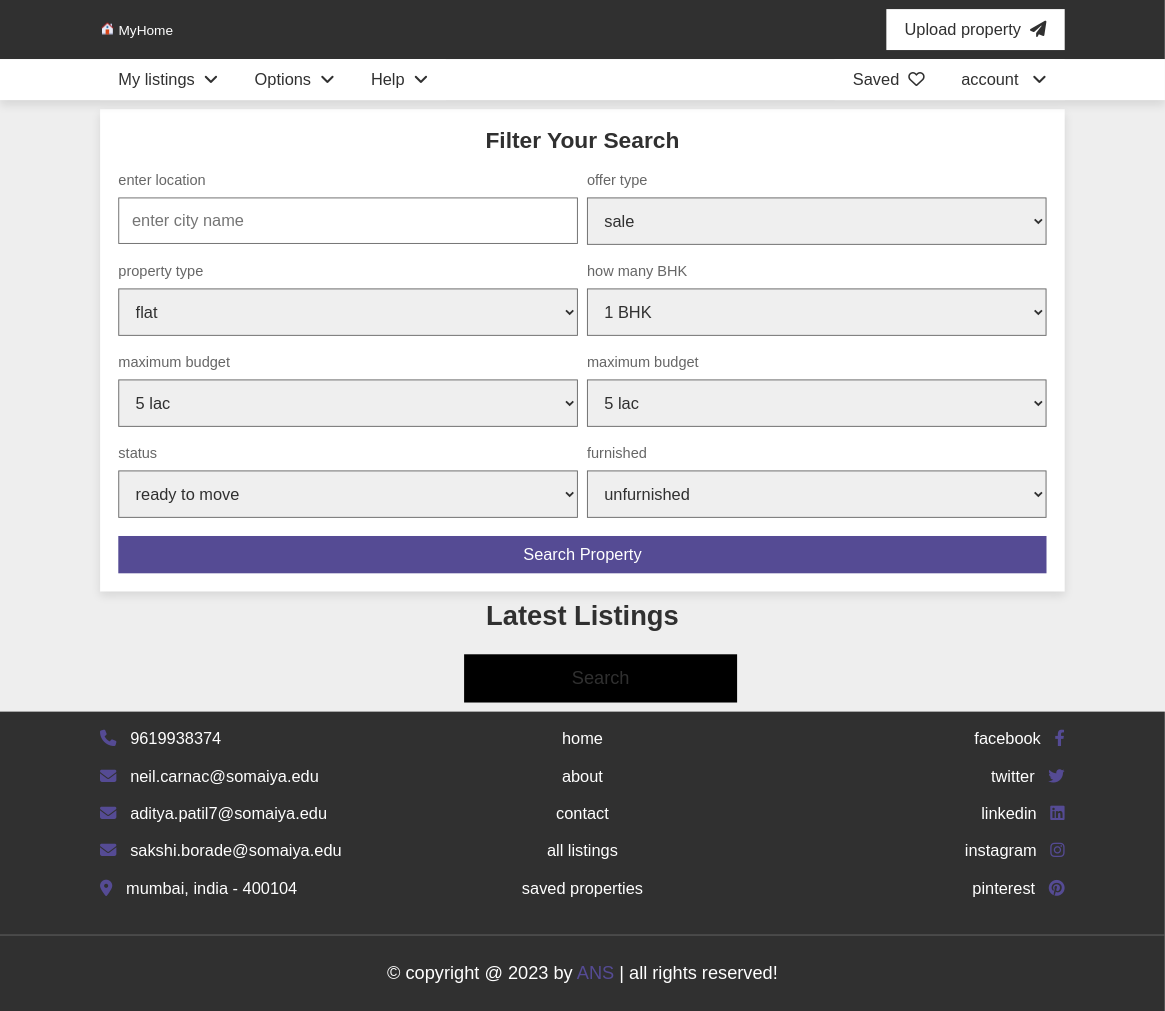
Repository: adi-tya999/wpl-project-realestatewebsite-main
Page: http://localhost/project/search.php
These files come from the project's save history. The page is drawn as it stood at one moment and after the next save; the edit follows.
The browser window is 1280 px wide. The pictures show the whole page, at 91% of full size.
The page is run by PHP 8.4 with error messages shown; the project is at /var/www/html/. Queries for data that is not in the repository find no rows.

Above is the page before, as saved 2023-04-30 16:56:44.

After the next save:
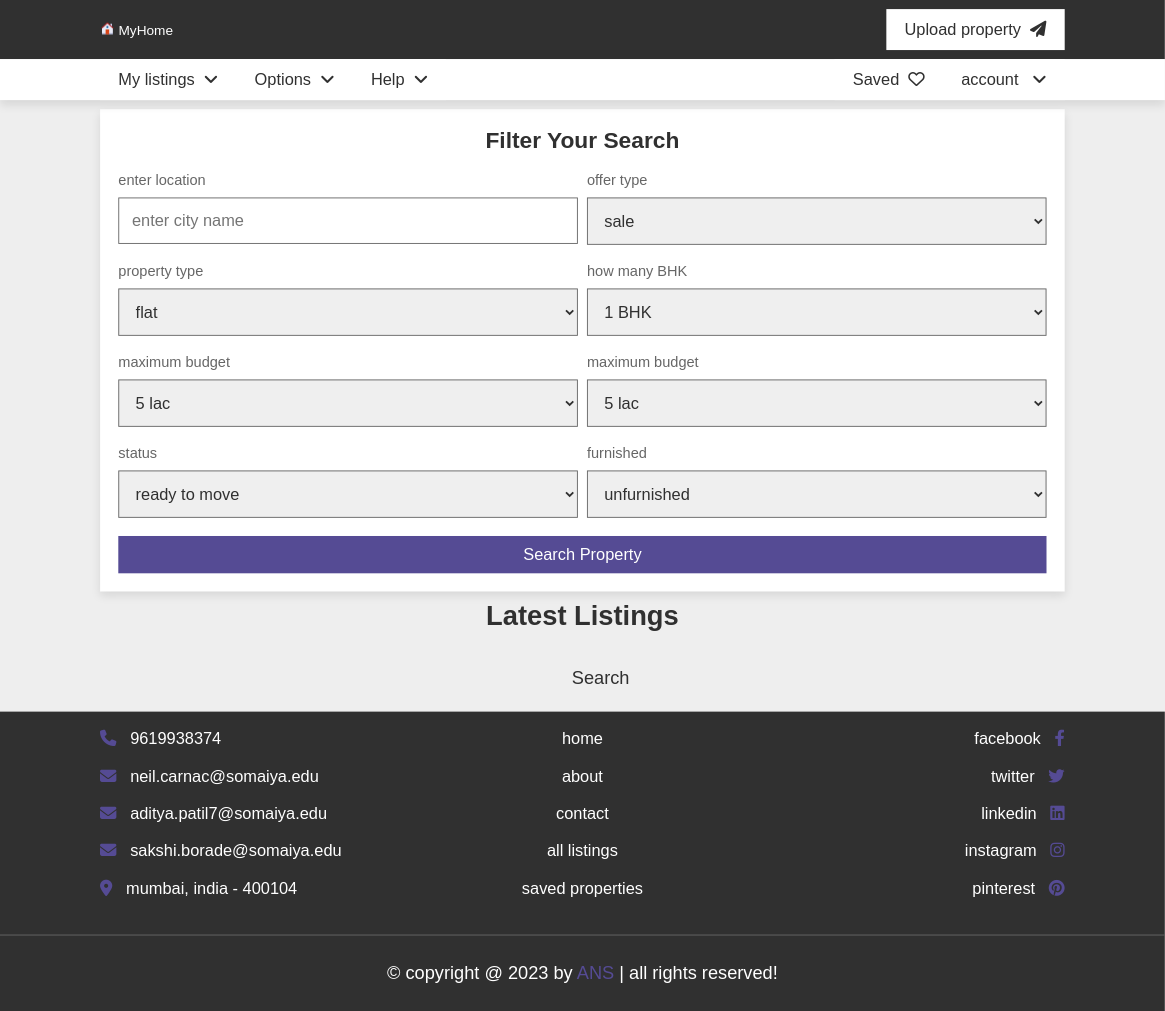
Saved 20 s later.
--- a/project/search.php
+++ b/project/search.php
@@ -299,7 +299,7 @@ if(isset($_POST['h_search'])){
       <?php
          }
       }else{
-         echo '<p class="empty" style="margin-left:400px; background-color:black;">Search</p>';
+         echo '<p class="empty" style="margin-left:400px; background-color:#00000000;">Search</p>';
       }
       ?>
 
